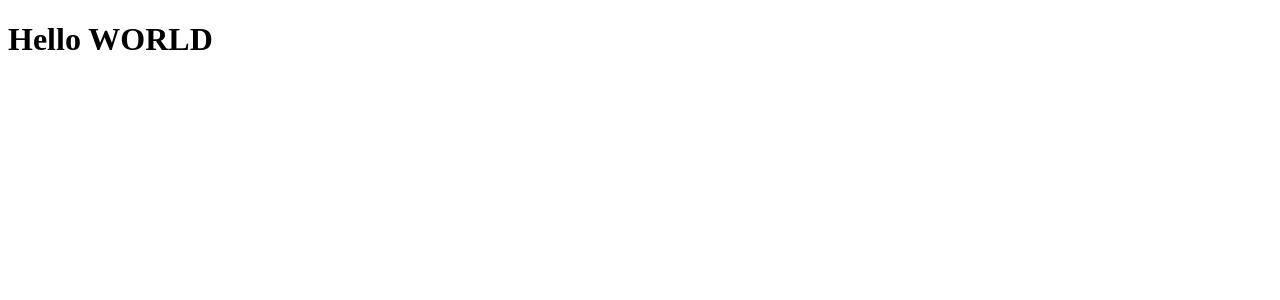
Repository: madeg42/TestJavajee
Page: http://localhost/HelloWorldJavaEE/
An editor plug-in stored every save of this project. The page is shown before and after the next save, followed by the edit.
The browser window is 1280 px wide. The pictures show the whole page.
The page is served by Tomcat 9.

Above is the page before, as saved 2021-11-10 14:45:08.

### servlet/HelloWorldJavaEE/WebContent/index.jsp
<%@ page language="java" contentType="text/html; charset=ISO-8859-1"
    pageEncoding="ISO-8859-1"%>
<!DOCTYPE html>
<html>
<head>
<meta charset="ISO-8859-1">
<title>Hello World java JSP</title>
</head>
<body>
<h1>Hello WORLD</h1>
</body>
</html>

After the next save:
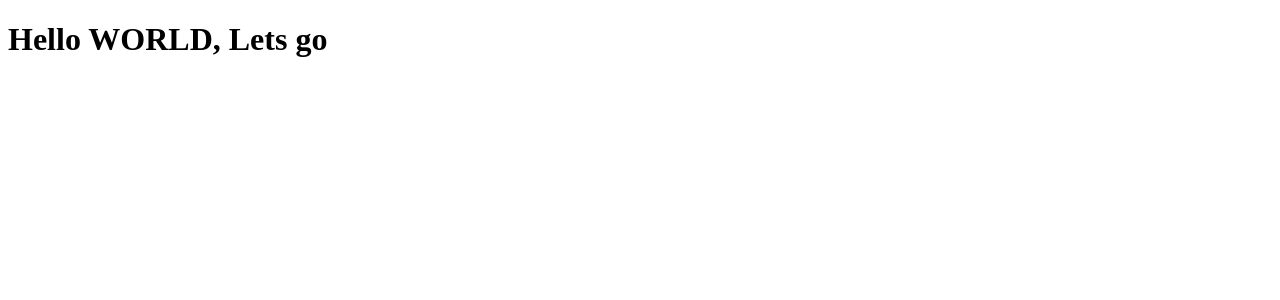
Saved 11 s later.
--- a/servlet/HelloWorldJavaEE/WebContent/index.jsp
+++ b/servlet/HelloWorldJavaEE/WebContent/index.jsp
@@ -7,6 +7,6 @@
 <title>Hello World java JSP</title>
 </head>
 <body>
-<h1>Hello WORLD</h1>
+<h1>Hello WORLD, Lets go </h1>
 </body>
 </html>
